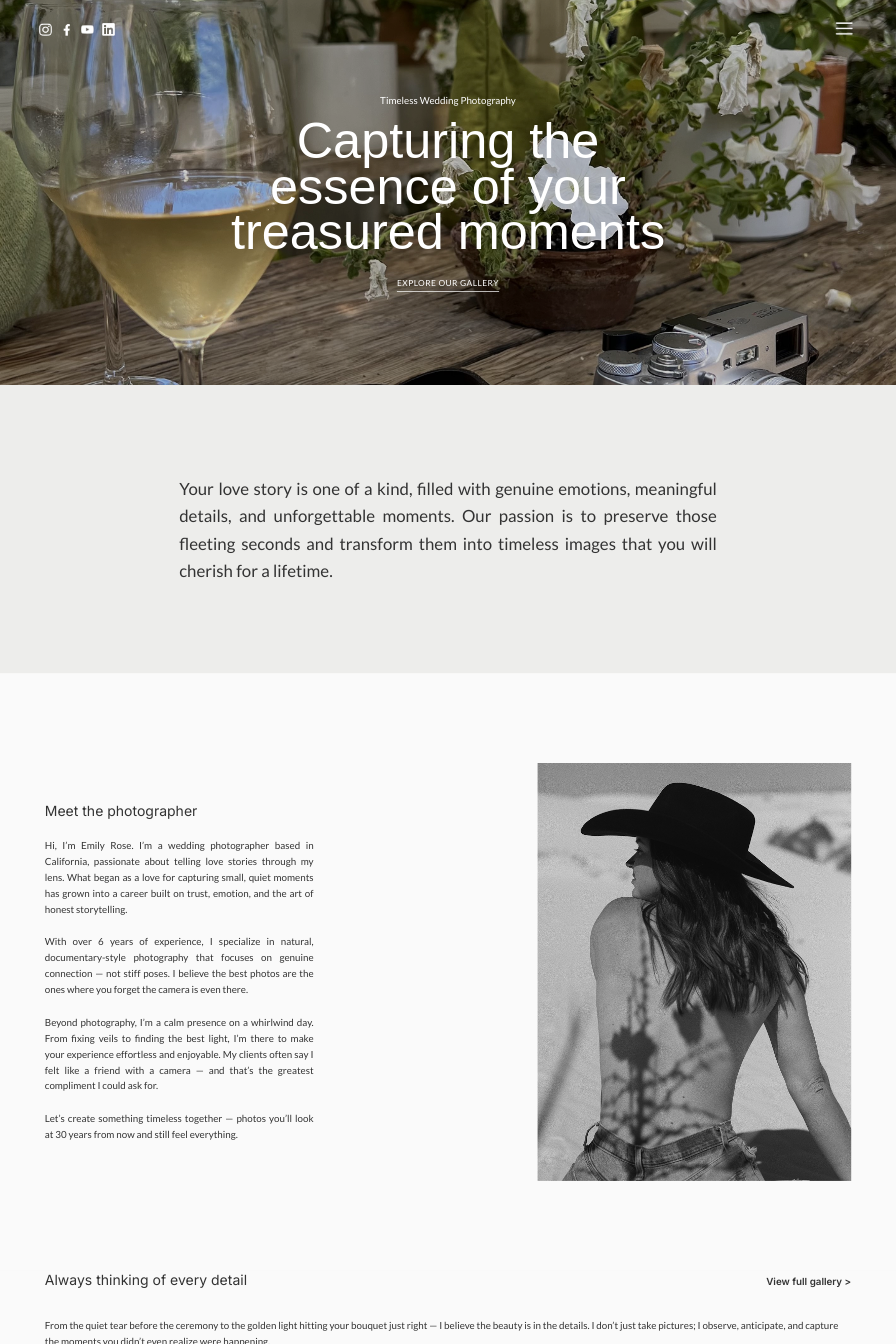
Repository: eduarda-magnago/wt-photography
Page: /
The author's editor kept a copy of each file at every save. The page is drawn from the files as they stood at one save, then again after the next save.
The browser window is 1280 px wide. The pictures show the part of the page from y = 0 to 1920 px (the page is 3650 px tall), at 70% of full size.
Some web fonts or font styles are not loaded; a fallback is used. The project was rebuilt for these pictures with package versions that can differ from the ones it lists, and the page was loaded fresh each time. The framework's server and built-in components were replaced by stand-ins that run in the browser. Also part of the build but not shown: next.config.ts.

Above is the page before, as saved 2026-10-14 12:11:40.

### app/layout.tsx
import type { Metadata } from "next";
import { Inter, Lato, Cormorant_SC } from "next/font/google";
import Header from "@/components/layout/header";
import Footer from "@/components/layout/footer";
import "./globals.css";

const inter = Inter({
  subsets: ["latin"],
  variable: "--font-inter",
});

const lato = Lato({
  subsets: ["latin"],
  weight: ["300", "400", "700"],
  variable: "--font-lato",
});

const cormorant = Cormorant_SC({
  subsets: ["latin"],
  weight: ["300", "400", "500"],
  variable: "--font-cormorant",
});

export const metadata: Metadata = {
  title: "WT Timeless Photography",
  description: "Timeless wedding photography",
};

export default function RootLayout({
  children,
}: {
  children: React.ReactNode;
}) {
  return (
    <html
      lang="en"
      className={`${inter.variable} ${lato.variable} ${cormorant.variable}`}
    >
      <body className="font-sans antialiased">
        <Header />
        <main>{children}</main>
        <Footer />
      </body>
    </html>
  );
}

### app/page.tsx
import Hero from "@/components/hero";
import Intro from "@/components/home/intro";
import About from "@/components/home/about";
import Details from "@/components/home/details";
import Testimonials from "@/components/home/testimonials";

export default function Home() {
  return (
    <>
      <Hero
        eyebrow="Timeless Wedding Photography"
        title="Capturing the essence of your treasured moments"
        image="/img/hero-bg.jpg"
      />
      <Intro />
      <About />
      <Details />
      <Testimonials />
    </>
  );
}

### components/layout/header.tsx
"use client";

import { useState } from "react";
import Image from "next/image";
import Link from "next/link";

const navLinks = [
  { label: "Home", href: "/" },
  { label: "About me", href: "/#about" },
  { label: "Gallery", href: "/#gallery" },
  { label: "Testimonials", href: "/#testimonials" },
  { label: "Contact Us", href: "/contact" },
];

export default function Header() {
  const [open, setOpen] = useState(false);

  return (
    <header className="absolute inset-x-0 top-0 z-30">
      <div className="flex items-start justify-between px-6 py-8 md:px-14">
        <ul className="flex items-center gap-3">
          <li>
            <a
              href="#"
              aria-label="Instagram"
              className="relative block h-[19px] w-[18px] transition-opacity hover:opacity-70"
            >
              <Image
                src="/img/instagram.png"
                alt=""
                fill
                sizes="18px"
                className="object-contain"
              />
            </a>
          </li>
          <li>
            <a
              href="#"
              aria-label="Facebook"
              className="relative block h-[18px] w-[18px] transition-opacity hover:opacity-70"
            >
              <Image
                src="/img/facebook.png"
                alt=""
                fill
                sizes="18px"
                className="object-contain"
              />
            </a>
          </li>
          <li>
            <a
              href="#"
              aria-label="YouTube"
              className="relative block h-[18px] w-[18px] transition-opacity hover:opacity-70"
            >
              <Image
                src="/img/youtube.png"
                alt=""
                fill
                sizes="18px"
                className="object-contain"
              />
            </a>
          </li>
          <li>
            <a
              href="#"
              aria-label="LinkedIn"
              className="relative block h-[18px] w-[18px] transition-opacity hover:opacity-70"
            >
              <Image
                src="/img/linkedin.png"
                alt=""
                fill
                sizes="18px"
                className="object-contain"
              />
            </a>
          </li>
        </ul>

        <button
          type="button"
          onClick={() => setOpen(true)}
          aria-label="Open menu"
          className="relative block h-6 w-9 transition-opacity hover:opacity-70"
        >
          <Image
            src="/img/menu.png"
            alt=""
            fill
            sizes="36px"
            className="object-contain"
          />
        </button>
      </div>

      {open && (
        <div className="fixed inset-0 z-40 flex items-center justify-center bg-ink/95">
          <button
            type="button"
            onClick={() => setOpen(false)}
            aria-label="Close menu"
            className="absolute right-6 top-8 text-3xl text-white md:right-14"
          >
            ✕
          </button>
          <nav>
            <ul className="flex flex-col items-center gap-8">
              {navLinks.map((link) => (
                <li key={link.label}>
                  <Link
                    href={link.href}
                    onClick={() => setOpen(false)}
                    className="font-heading text-2xl text-white"
                  >
                    {link.label}
                  </Link>
                </li>
              ))}
            </ul>
          </nav>
        </div>
      )}
    </header>
  );
}

### components/layout/footer.tsx
import Image from "next/image";
import Link from "next/link";

const exploreLinks = [
  { label: "Home", href: "/" },
  { label: "About me", href: "/#about" },
  { label: "Gallery", href: "/#gallery" },
  { label: "Testimonials", href: "/#testimonials" },
  { label: "Contact Us", href: "/contact" },
];

export default function Footer() {
  return (
    <footer>
      <div className="bg-ink px-6 py-16 text-sm text-white md:px-14">
        <div className="mx-auto max-w-5xl">
          <div className="border-t border-white/30 pt-12">
            <div className="grid gap-12 md:grid-cols-[1fr_auto_auto] md:gap-20">
              <div>
                <Image
                  src="/img/logo.png"
                  alt="WT Timeless Photography"
                  width={240}
                  height={110}
                />
                <p className="mt-6 max-w-xs">
                  With a natural and artistic approach, we create photographs
                  that reflect everything.
                </p>
                <ul className="mt-6 flex items-center gap-3">
                  <li>
                    <a href="#" aria-label="Instagram" className="transition-opacity hover:opacity-70">
                      <Image src="/img/instagram.png" alt="" width={18} height={18} />
                    </a>
                  </li>
                  <li>
                    <a href="#" aria-label="Facebook"
                      className="relative block h-[18px] w-[18px] transition-opacity hover:opacity-70"
                    >
                      <Image src="/img/facebook.png" alt="" fill sizes="18px" className="object-contain"/>
                    </a>
                  </li>
                  <li>
                    <a href="#" aria-label="YouTube" className="transition-opacity hover:opacity-70">
                      <Image src="/img/youtube.png" alt="" width={18} height={18} />
                    </a>
                  </li>
                  <li>
                    <a href="#" aria-label="LinkedIn" className="transition-opacity hover:opacity-70">
                      <Image src="/img/linkedin.png" alt="" width={18} height={18} />
                    </a>
                  </li>
                </ul>
              </div>

              <div>
                <h3 className="mb-6 text-xs uppercase tracking-widest">
                  Explore
                </h3>
                <ul className="space-y-2">
                  {exploreLinks.map((link) => (
                    <li key={link.label}>
                      <Link href={link.href}>{link.label}</Link>
                    </li>
                  ))}
                </ul>
              </div>

              <div>
                <h3 className="mb-6 text-xs uppercase tracking-widest">
                  Enquiries
                </h3>
                <address className="not-italic leading-relaxed">
                  641 Route de Gibannaz
                  <br />
                  Les Gets
                  <br />
                  74260
                </address>
                <div className="mt-6 flex flex-col gap-1 underline">
                  <a href="tel:+33685204809">+33 (0)6 85 20 48 09</a>
                  <a href="tel:+447967728009">+44 (0)7967 728009</a>
                </div>
                <a
                  href="mailto:info@weddingphoto.com"
                  className="mt-6 block underline"
                >
                  info@weddingphoto.com
                </a>
              </div>
            </div>

            <div className="mt-16 flex flex-col gap-4 border-t border-white/30 pt-6 text-xs md:flex-row md:justify-between">
              <p>
                Designed &amp; developed by{" "}
                <a href="#" className="underline">
                  EM Studio
                </a>
              </p>
              <div className="flex gap-6 underline">
                <a href="#">Terms &amp; Conditions</a>
                <a href="#">Privacy Policy</a>
              </div>
            </div>
          </div>
        </div>
      </div>
      <p className="bg-neutral-200 px-6 py-5 text-center text-xs uppercase tracking-wide">
        © WT Timeless Photography 2026 - All the rights reserved.
      </p>
    </footer>
  );
}

### app/globals.css
@import "tailwindcss";

@theme inline {
  --font-sans: var(--font-lato);
  --font-heading: var(--font-inter);
  --font-hero: var(--font-cormorant);

  --color-ink: #333333;
  --color-sand: #ededeb;
  --color-paper: #fafafa;
  --color-blush: #f4e6dc;
}

html {
  scroll-behavior: smooth;
}

body {
  background: var(--color-paper);
  color: var(--color-ink);
}

### components/hero.tsx
import Image from "next/image";
import Link from "next/link";

type HeroProps = {
  eyebrow: string;
  title: string;
  image: string;
  ctaLabel?: string;
  ctaHref?: string;
};

export default function Hero({
  eyebrow,
  title,
  image,
  ctaLabel = "Explore our gallery",
  ctaHref = "/#gallery",
}: HeroProps) {
  return (
    <section className="relative flex h-[70vh] min-h-[550px] items-center justify-center overflow-hidden">
      <Image
        src="/img/hero.png"
        alt=""
        fill
        priority
        sizes="100vw"
        className="object-cover"
      />
      <div className="absolute inset-0 bg-black/20" />
      <div className="relative z-10 flex max-w-3xl flex-col items-center px-6 text-center text-white">
        <p className="mb-4 text-sm">{eyebrow}</p>
        <h1 className="font-hero text-5xl leading-[0.9] md:text-7xl">
          {title}
        </h1>
        <Link
          href={ctaHref}
          className="mt-8 border-b border-white pb-1 text-xs uppercase tracking-wider"
        >
          {ctaLabel}
        </Link>
      </div>
    </section>
  );
}

### components/home/intro.tsx
export default function Intro() {
  return (
    <section className="bg-sand px-6 py-24 md:py-32">
      <p className="mx-auto max-w-3xl text-justify text-xl leading-relaxed md:text-2xl">
        Your love story is one of a kind, filled with genuine emotions,
        meaningful details, and unforgettable moments. Our passion is to
        preserve those fleeting seconds and transform them into timeless images
        that you will cherish for a lifetime.
      </p>
    </section>
  );
}

### components/home/about.tsx
import Image from "next/image";

export default function About() {
  return (
    <section id="about" className="bg-paper px-6 py-24 md:px-14 md:py-32">
      <div className="mx-auto grid max-w-6xl items-center gap-12 md:grid-cols-2 text-justify">
        <div className="max-w-sm space-y-6 text-sm leading-relaxed">
          <h2 className="font-heading text-xl">Meet the photographer</h2>
          <p>
            Hi, I’m Emily Rose. I’m a wedding photographer based in California,
            passionate about telling love stories through my lens. What began
            as a love for capturing small, quiet moments has grown into a
            career built on trust, emotion, and the art of honest storytelling.
          </p>
          <p>
            With over 6 years of experience, I specialize in natural,
            documentary-style photography that focuses on genuine connection —
            not stiff poses. I believe the best photos are the ones where you
            forget the camera is even there.
          </p>
          <p>
            Beyond photography, I’m a calm presence on a whirlwind day. From
            fixing veils to finding the best light, I’m there to make your
            experience effortless and enjoyable. My clients often say I felt
            like a friend with a camera — and that’s the greatest compliment I
            could ask for.
          </p>
          <p>
            Let’s create something timeless together — photos you’ll look at 30
            years from now and still feel everything.
          </p>
        </div>

        <div className="relative aspect-[3/4] w-full md:max-w-md md:justify-self-end">
          <Image
            src="/img/about.png"
            alt="Wedding photographer picture"
            fill
            sizes="(min-width: 768px) 28rem, 100vw"
            className="object-cover"
          />
        </div>
      </div>
    </section>
  );
}

### components/home/details.tsx
import Image from "next/image";
import Link from "next/link";

const photos = [
  { src: "/img/detail1.png", alt: "Bouquet resting on a golden ornament" },
  { src: "/img/detail2.png", alt: "Couple dancing by a large window" },
  { src: "/img/detail3.png", alt: "Bridesmaids laughing together" },
];

export default function Details() {
  return (
    <section id="gallery" className="bg-paper px-6 pb-24 md:px-14 md:pb-32">
      <div className="mx-auto max-w-6xl">
        <div className="flex items-baseline justify-between">
          <h2 className="font-heading text-xl">
            Always thinking of every detail
          </h2>
          <Link href="/#gallery" className="font-heading text-sm font-semibold">
            View full gallery &gt;
          </Link>
        </div>

        <div className="mt-10 space-y-6 text-sm leading-relaxed">
          <p>
            From the quiet tear before the ceremony to the golden light hitting
            your bouquet just right — I believe the beauty is in the details. I
            don’t just take pictures; I observe, anticipate, and capture the
            moments you didn’t even realize were happening.
          </p>
          <p>
            Whether it’s making sure your dress is perfectly fluffed, guiding
            you into the best lighting, or noticing when your grandma reaches
            for your hand — my job goes far beyond the shutter. I’m there to
            preserve every fleeting detail that makes your day uniquely yours.
            Because when it’s all over, it’s the little things that stay with
            you the longest.
          </p>
        </div>

        <div className="mt-16 grid gap-6 md:grid-cols-3">
          {photos.map((photo) => (
            <div key={photo.src} className="relative aspect-[3/4]">
              <Image
                src={photo.src}
                alt={photo.alt}
                fill
                sizes="(min-width: 768px) 33vw, 100vw"
                className="object-cover"
              />
            </div>
          ))}
        </div>
      </div>
    </section>
  );
}

### components/home/testimonials.tsx
"use client";

import { useState } from "react";
import Image from "next/image";

const testimonials = [
  {
    name: "Anna C.",
    image: "/img/testimonial.png",
    quote:
      "I had a very amazing contracting WP for my wedding. They are super kind team and I always felt I could trust 100% in their work. When I received the pictures I was more surprised than I imagined, really good quality! No regrets.",
  },
];

export default function Testimonials() {
  const [index, setIndex] = useState(0);
  const current = testimonials[index];

  function next() {
    setIndex((prev) => (prev + 1) % testimonials.length);
  }

  return (
    <section id="testimonials" className="bg-sand px-6 py-20 md:px-14">
      <div className="mx-auto grid max-w-5xl items-center gap-10 md:grid-cols-[auto_1fr] md:gap-16">
        <div className="relative h-48 w-48 overflow-hidden rounded-full md:h-56 md:w-56">
          <Image
            src={current.image}
            alt={current.name}
            fill
            sizes="224px"
            className="object-cover"
          />
        </div>

        <div>
          <h3 className="font-heading text-xl">{current.name}</h3>
          <blockquote className="mt-4 text-justify text-lg leading-relaxed">
            “{current.quote}”
          </blockquote>
          <button
            type="button"
            onClick={next}
            className="font-heading mt-8 ml-auto block text-sm font-semibold"
          >
            {index + 1}/{testimonials.length} &gt;
          </button>
        </div>
      </div>
    </section>
  );
}

After the next save:
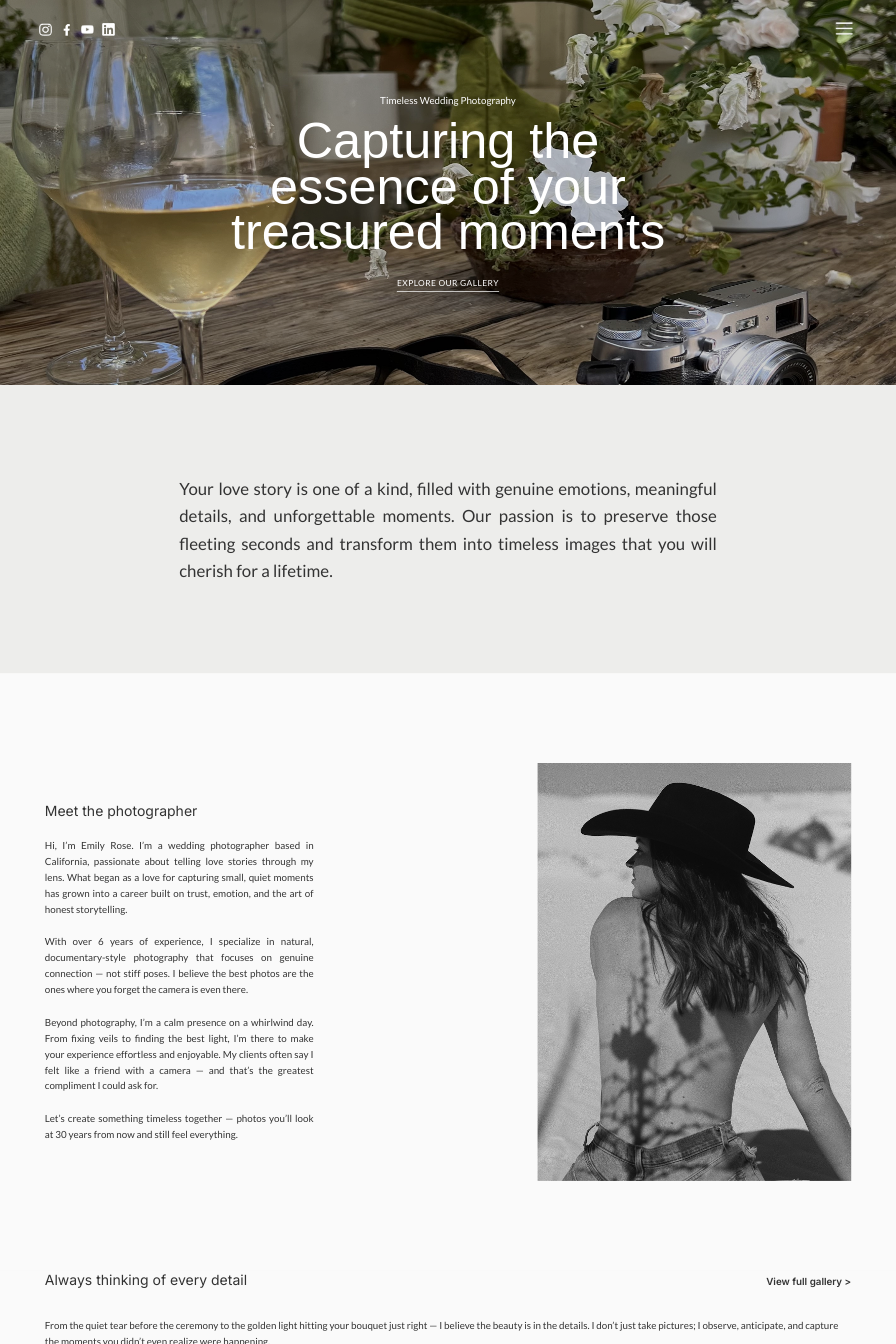
Saved 25 s later.
--- a/components/hero.tsx
+++ b/components/hero.tsx
@@ -24,7 +24,7 @@
         fill
         priority
         sizes="100vw"
-        className="object-cover"
+        className=""
       />
       <div className="absolute inset-0 bg-black/20" />
       <div className="relative z-10 flex max-w-3xl flex-col items-center px-6 text-center text-white">

After the 2 saves that followed:
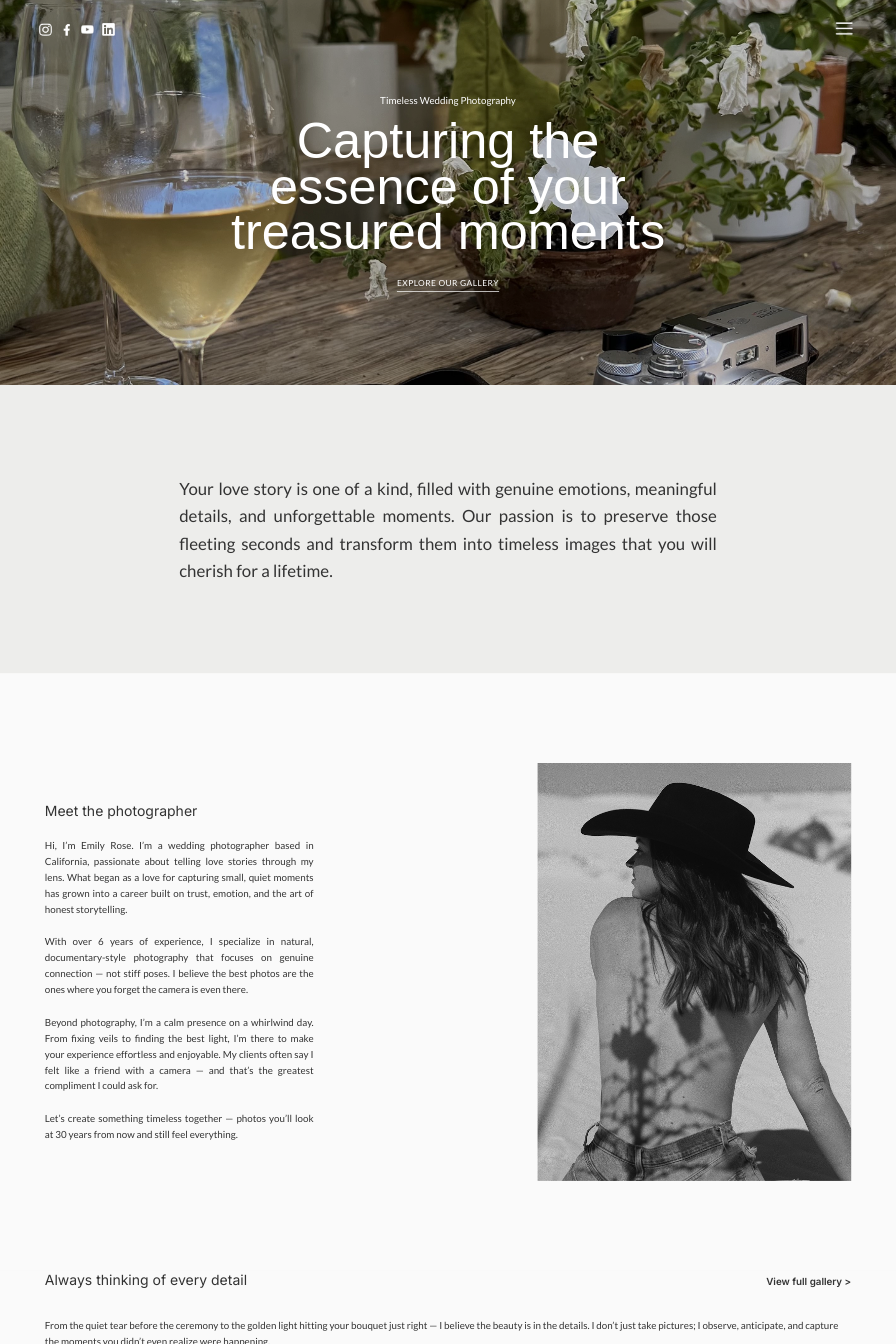
The 2 saves are shown as one change because they came seconds apart.
The last was saved 17 s later.
--- a/components/hero.tsx
+++ b/components/hero.tsx
@@ -23,8 +23,8 @@
         alt=""
         fill
         priority
-        sizes="100vw"
-        className=""
+        sizes=""
+        className="object-cover"
       />
       <div className="absolute inset-0 bg-black/20" />
       <div className="relative z-10 flex max-w-3xl flex-col items-center px-6 text-center text-white">
